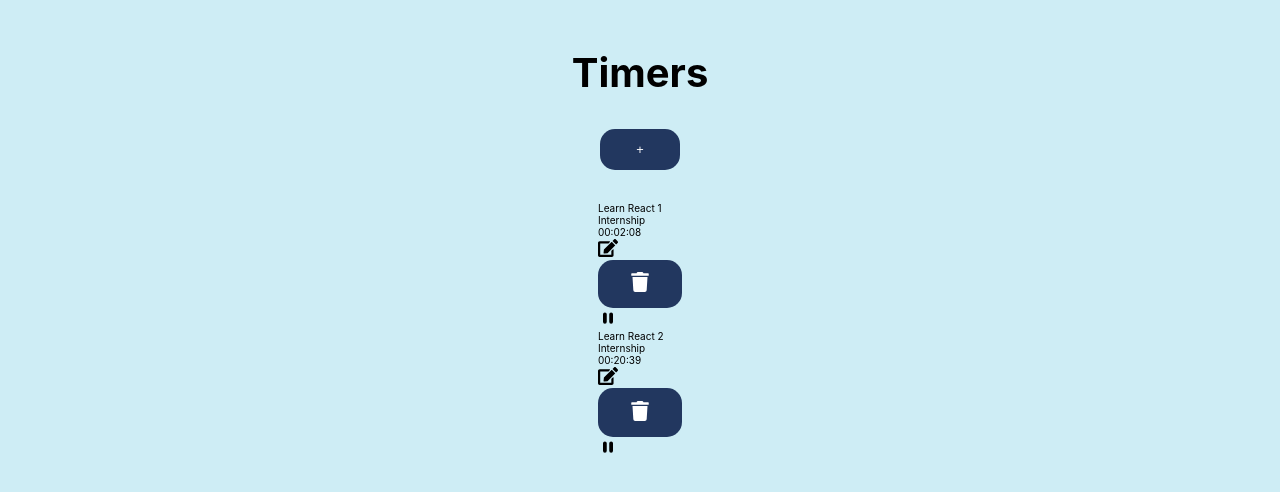
Repository: dqhuy153/react-timer
Page: /
The author's editor kept a copy of each file at every save. The page is drawn from the files as they stood at one save, then again after the next save.
The browser window is 1280 px wide. The pictures show the whole page.
The project was rebuilt for these pictures with package versions that can differ from the ones it lists, and the page was loaded fresh each time. Also part of the build but not shown: src/components/TimerForm/TimerForm.module.scss, src/components/TimerForm/index.jsx, src/components/EditableTimerForm/EditableTimerForm.module.scss.

Above is the page before, as saved 2021-10-26 17:18:12.

### src/index.css
* {
  padding: 0;
  margin: 0;
  box-sizing: border-box;
}

body {
  margin: 0;
  font-family: -apple-system, BlinkMacSystemFont, 'Segoe UI', 'Roboto', 'Oxygen',
    'Ubuntu', 'Cantarell', 'Fira Sans', 'Droid Sans', 'Helvetica Neue',
    sans-serif;
  -webkit-font-smoothing: antialiased;
  -moz-osx-font-smoothing: grayscale;

  font-size: 62.5%;
}

code {
  font-family: source-code-pro, Menlo, Monaco, Consolas, 'Courier New',
    monospace;
}

### src/App.js
import { useEffect, useRef, useState } from 'react';
import './App.scss';

import EditableTimerForm from './components/EditableTimerForm';
import ToggleableTimerForm from './components/ToggeableTimerForm';
import { newTimer } from './utils/TimerUtils';

function App() {
  const timerRef = useRef();
  const [timers, setTimers] = useState([
    {
      id: 1,
      title: 'Learn React 1',
      project: 'Internship',
      time: 123454,
      isRunning: true,
    },
    {
      id: 2,
      title: 'Learn React 2',
      project: 'Internship',
      time: 1234545,
      isRunning: true,
    },
  ]);

  const handleUpdateTimer = (data) => {
    let newTimers;

    //if has no id, create a new one
    if (!data.id) {
      newTimers = [
        newTimer({
          title: data.title,
          project: data.project,
        }),
        ...timers,
      ];
    }
    //update existing timer
    else {
      newTimers = timers.map((timer, idx) => {
        if (timer.id === data.id) {
          return {
            ...timer,
            title: data.title,
            project: data.project,
          };
        }

        return timer;
      });
    }

    setTimers(newTimers);
  };

  useEffect(() => {
    clearTimeout(timerRef.current);

    timerRef.current = setTimeout(() => {
      const newTimers = timers.map((timer, idx) => {
        if (timer.isRunning)
          return {
            ...timer,
            time: timer.time + 1000,
          };

        return timer;
      });

      setTimers(newTimers);
    }, 1000);
  }, [timers]);

  return (
    <div className="App">
      <div className="body">
        <h1>Timers</h1>

        <ToggleableTimerForm onUpdate={handleUpdateTimer} />

        {timers.map((timer) => {
          return (
            <EditableTimerForm
              key={timer.id}
              id={timer.id}
              title={timer.title}
              project={timer.project}
              timer={timer.time}
              isRunning={timer.isRunning}
            />
          );
        })}
      </div>
    </div>
  );
}

export default App;

### src/App.scss
.App {
  background: #ceedf5;
}

.body {
  display: flex;
  justify-content: flex-start;
  align-items: center;
  flex-direction: column;
  padding: 3rem 0;
  height: 100vh;

  h1 {
    font-size: 2.5rem;
  }
}

### src/components/EditableTimerForm/index.jsx
import React, { useState } from 'react';
import Timer from '../Timer';
import TimerForm from '../TimerForm';

import styles from './EditableTimerForm.module.scss';

const EditableTimerForm = ({
  id,
  title,
  project,
  timer,
  isRunning,
  onUpdate,
  onRemove,
  onTimerClick,
}) => {
  const [isEdit, setIsEdit] = useState(false);

  const handleOpenEdit = () => {
    setIsEdit(true);
  };

  const handleCloseEdit = () => {
    setIsEdit(false);
  };

  const handleUpdate = (data) => {
    onUpdate(data);
    handleOpenEdit();
  };

  const content = isEdit ? (
    <TimerForm
      id={id}
      title={title}
      project={project}
      timer={timer}
      onCancel={handleCloseEdit}
      onUpdate={handleUpdate}
    />
  ) : (
    <Timer
      id={id}
      title={title}
      project={project}
      timer={timer}
      isRunning={isRunning}
      onEdit={handleOpenEdit}
      onRemove={onRemove}
      onTimerClick={onTimerClick}
    />
  );

  return <div className={styles.container}>{content}</div>;
};

export default EditableTimerForm;

### src/components/ToggeableTimerForm/index.jsx
import { useState } from 'react';
import Button from '../Button';
import TimerForm from '../TimerForm';

import styles from './ToggleableTimerForm.module.scss';

const ToggleableTimerForm = ({ onUpdate, ...props }) => {
  const [isOpen, setIsOpen] = useState(false);

  const handleOpenForm = () => {
    setIsOpen(true);
  };

  const handleCloseForm = () => {
    setIsOpen(false);
  };

  const handleUpdate = (data) => {
    onUpdate(data);
    handleCloseForm();
  };

  const content = isOpen ? (
    <TimerForm onCancel={handleCloseForm} onUpdate={handleUpdate} />
  ) : (
    <Button onClick={handleOpenForm}>+</Button>
  );

  return <div className={styles.container}>{content}</div>;
};

export default ToggleableTimerForm;

### src/utils/TimerUtils.js
import { v4 as uuidv4 } from 'uuid';

export const millisecondsToHuman = (ms) => {
  const seconds = Math.floor((ms / 1000) % 60);
  const minutes = Math.floor((ms / 1000 / 60) % 60);
  const hours = Math.floor(ms / 1000 / 60 / 60);

  const humanized = [
    pad(hours.toString(), 2),
    pad(minutes.toString(), 2),
    pad(seconds.toString(), 2),
  ].join(':');

  return humanized;
};

const pad = (numberString, size) => {
  let padded = numberString;
  while (padded.length < size) {
    padded = `0${padded}`;
  }
  return padded;
};

export const newTimer = (attrs = {}) => {
  const timer = {
    title: attrs.title || 'Timer',
    project: attrs.project || 'Project',
    id: uuidv4(),
    time: 0,
    isRunning: false,
  };

  return timer;
};

### src/components/Timer/index.jsx
import React from 'react';
import { BsPauseFill, BsPlayFill } from 'react-icons/bs';
import { FaEdit, FaTrash } from 'react-icons/fa';

import { millisecondsToHuman } from '../../utils/TimerUtils';
import Button from '../Button';

const Timer = ({
  title,
  project,
  timer,
  isRunning,
  onEdit,
  onRemove,
  onTimerClick,
}) => {
  const buttonLabel = isRunning ? (
    <BsPauseFill size={20} />
  ) : (
    <BsPlayFill size={20} />
  );

  return (
    <div>
      <p>{title}</p>
      <p>{project}</p>
      <p>{millisecondsToHuman(timer)}</p>

      <div>
        <div onClick={onEdit}>
          <FaEdit size={20} />
        </div>
        <Button onClick={onRemove}>
          <FaTrash size={20} />
        </Button>
      </div>

      <div onClick={onTimerClick}>{buttonLabel}</div>
    </div>
  );
};

export default Timer;

### src/components/Button/index.jsx
import React from 'react';

import styles from './Button.module.scss';

const Button = ({
  children,
  onClick,
  className,
  bgColor = '#22375f',
  color = '#fff',
  hoverColor = '#22375f',
  hoverBgColor = '#fff',
  ...rest
}) => {
  return (
    <button
      style={{
        '--bg-color': bgColor,
        '--color': color,
        '--hover-color': hoverColor,
        '--hover-bg-color': hoverBgColor,
      }}
      className={`${styles.container} ${className}`}
      onClick={onClick}
      children={children}
      {...rest}
    ></button>
  );
};

export default Button;

### src/components/ToggeableTimerForm/ToggleableTimerForm.module.scss
.container {
  margin: 2rem;
}

### src/components/Button/Button.module.scss
.container {
  padding: 0.8rem 2rem;
  min-width: 5rem;
  border: none;
  color: var(--color);
  border-radius: 15px;
  background: var(--bg-color);
  font-size: 0.8rem;
  cursor: pointer;
  transition: all 0.2s linear;

  &:hover {
    box-shadow: rgba(100, 100, 111, 0.3) 0px 7px 29px 0px;
    background: var(--hover-bg-color);
    color: var(--hover-color);
    font-weight: bold;
  }

  &:active {
    transform: translateY(2px);
  }
}

Loaded but not shown: public/index.html (common file); src/index.js (common file); src/reportWebVitals.js (common file)

After the next save:
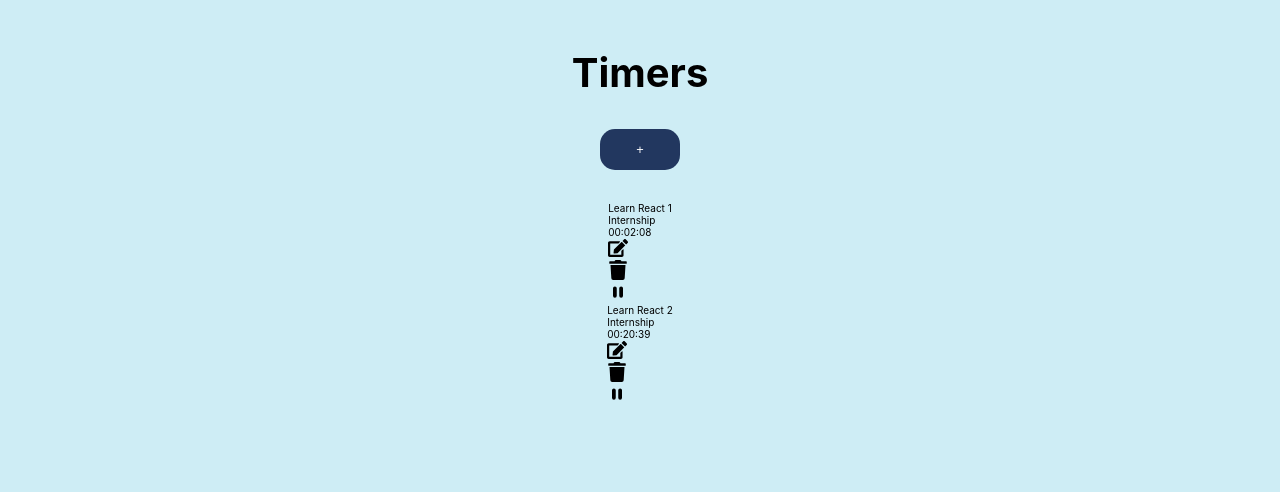
Saved 6 s later.
--- a/src/components/Timer/index.jsx
+++ b/src/components/Timer/index.jsx
@@ -30,9 +30,9 @@ const Timer = ({
         <div onClick={onEdit}>
           <FaEdit size={20} />
         </div>
-        <Button onClick={onRemove}>
+        <div onClick={onRemove}>
           <FaTrash size={20} />
-        </Button>
+        </div>
       </div>
 
       <div onClick={onTimerClick}>{buttonLabel}</div>
